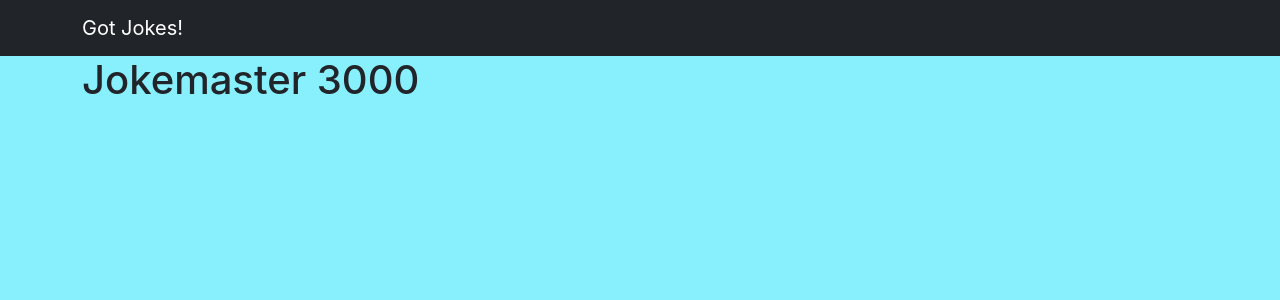
Repository: jontslater/LAB-joke-generator-react
Page: /
The author's editor kept a copy of each file at every save. The page is drawn from the files as they stood at one save, then again after the next save.
The browser window is 1280 px wide. The pictures show the whole page.
The page's requests for data from a server got no answer. The project was rebuilt for these pictures with package versions that can differ from the ones it lists, and the page was loaded fresh each time. The framework's server and built-in components were replaced by stand-ins that run in the browser. No one was signed in, and anything a server would have sent is missing. Also part of the build but not shown: next.config.js.

Above is the page before, as saved 2024-01-09 15:39:59.

After the next save:
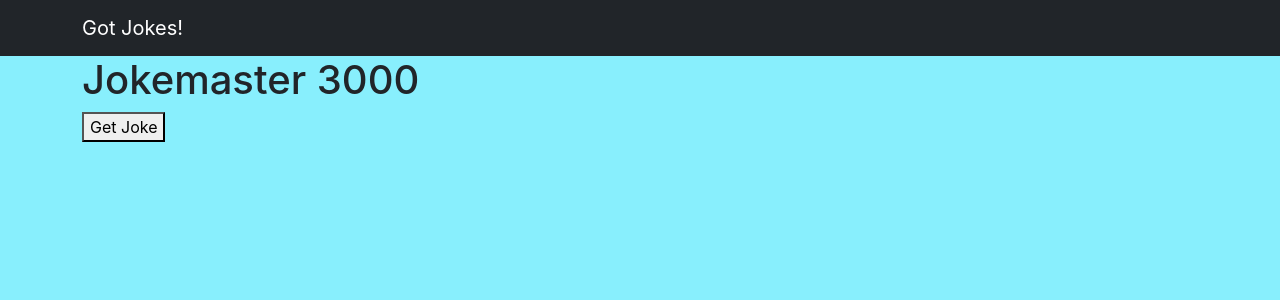
Saved 84 s later.
--- a/components/Jokes.js
+++ b/components/Jokes.js
@@ -11,6 +11,7 @@ function Jokes() {
   return (
     <>
       <h1>Jokemaster 3000</h1>
+      <button>Get Joke</button>
       <h1>{joke}</h1>
     </>
   );
